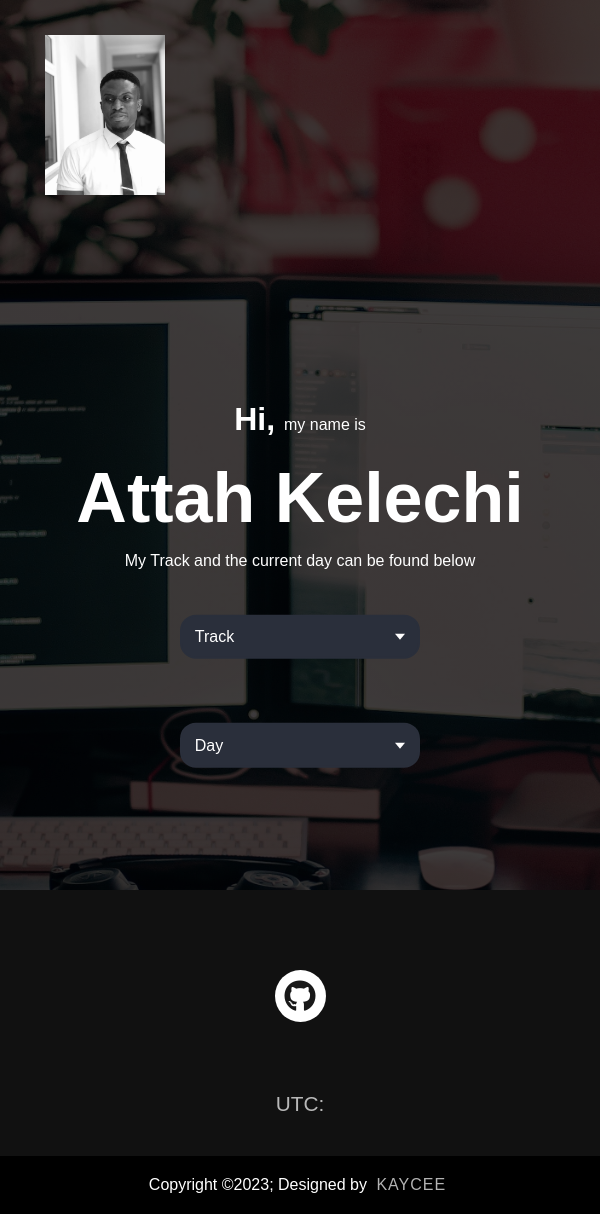
Repository: Kaycee-attah/HNG-Internship_2023
Page: index.html
An editor plug-in stored every save of this project. The page is shown before and after the next save, followed by the edit.
The browser window is 600 px wide. The pictures show the whole page.

Above is the page before, as saved 2023-09-07 12:45:14.

After the next save:
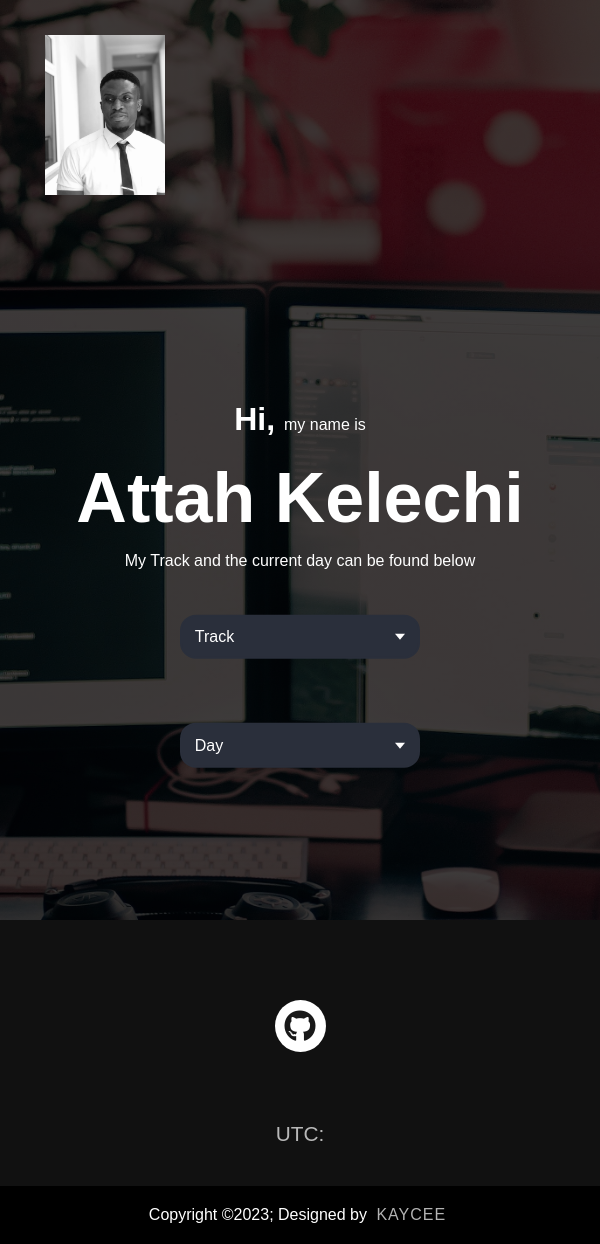
Saved 31 s later.
--- a/style.css
+++ b/style.css
@@ -271,7 +271,7 @@ footer{
         margin-bottom: 20px;
     }
     footer{
-        margin-top: 90px;
+        margin-top: 120px;
     }
     .footer_Info ul{
         flex-direction: column;
